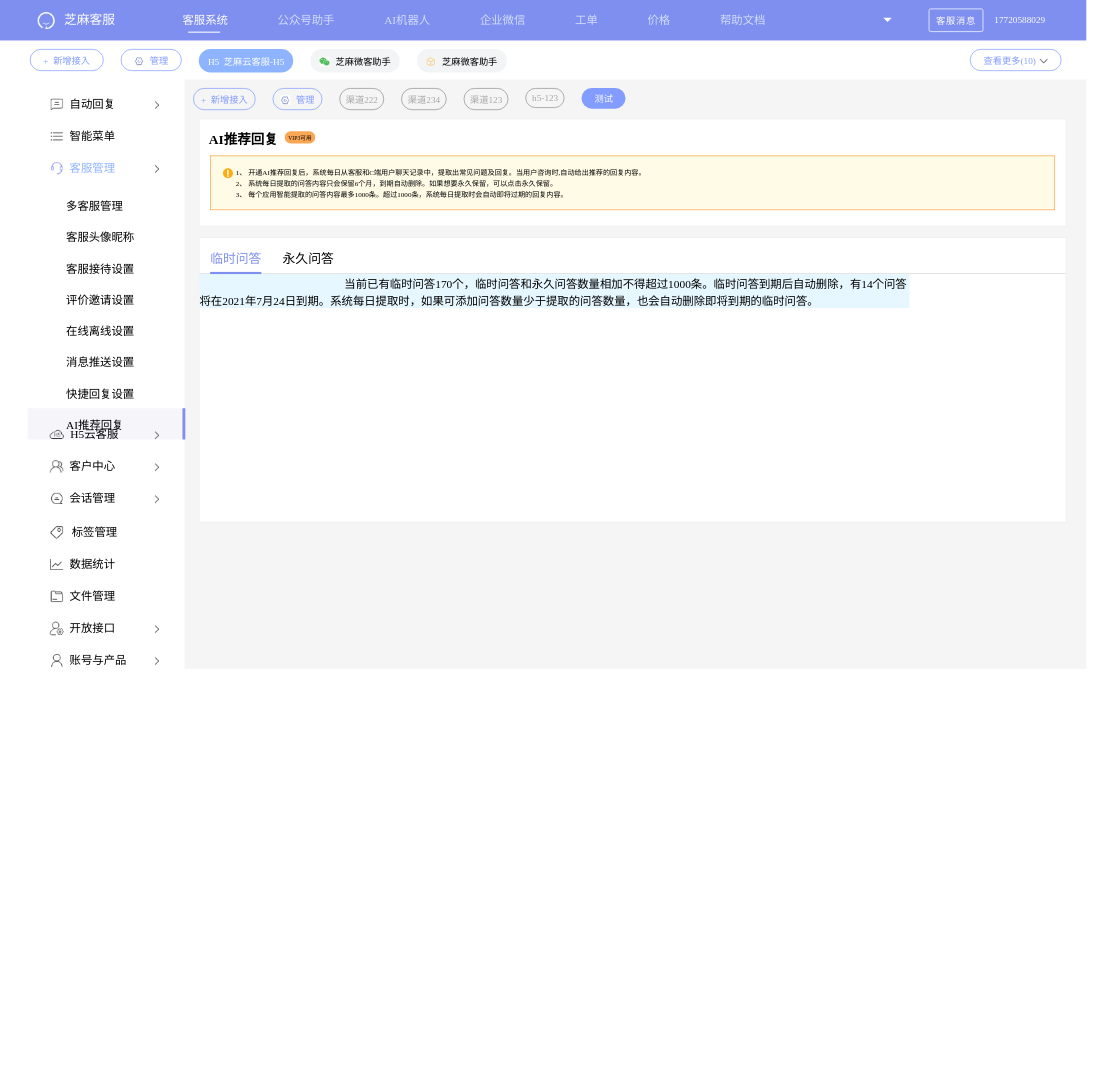
Repository: Privatexiao/projects
Page: Customer service assistant/Untitled-1.html
These files come from the project's save history. The page is drawn as it stood at one moment and after the next save; the edit follows.
The browser window is 1280 px wide. The page is 1560 px wide, so the pictures cover 1560 px, including what lies to the right of the window. The pictures show the whole page, at 71% of full size.

Above is the page before, as saved 2021-07-27 17:01:44.

### Customer service assistant/Untitled-1.html
<!DOCTYPE html>
<html lang="en">
    <head>
        <meta charset="UTF-8">
        <meta name="viewport" content="width=device-width, initial-scale=1.0, maximum-scale=1.0, user-scalable=0">
        <meta http-equiv="X-UA-Compatible" content="ie=edge">
        <title>Document</title>
        <link rel="stylesheet" type="text/css" href="Untitled-2.css" />
    </head>

    <body>
        <div class="body">
            <div class="head">
                <div class="head_left">
                    <img src="img/客服系统.png">
                    <span><a href="javaScript:">芝麻客服</a></span>
                </div>
                <div class="head_center">
                    <ul>
                        <li class="active"><a href="javaScript:">客服系统</a><img src="img/下划线.png"></li>
                        <li><a href="javaScript:">公众号助手</a></li>
                        <li><a href="javaScript:">AI机器人</a></li>
                        <li><a href="javaScript:">企业微信</a></li>
                        <li><a href="javaScript:">工单</a></li>
                        <li><a href="javaScript:">价格</a></li>
                        <li><a href="javaScript:">帮助文档</a></li>
                    </ul>
                </div>
                <div class="head_right">
                    <span>17720588029<div class="head_right_sjx"></div></span>
                    <span><a href="javaScript:">客服消息</a></span>
                </div>
            </div>
            <div class="navbar">
                <ul>
                    <li class="navbar_img1"><a href="javaStript:">+&nbsp;&nbsp;新增接入</a></li>
                    <li class="navbar_img1"><a href="javaStript:"><img src="img/设置.PNG">管理</a></li>
                    <li class="navbar_img2"><a href="javaStript:">H5&nbsp;&nbsp;芝麻云客服-H5</a></li>
                    <li class="navbar_img3"><a href="javaStript:"><img src="img/微信.PNG">芝麻微客助手</a></li>
                    <li class="navbar_img3"><a href="javaStript:"><img src="img/plugin_app_icon.png">芝麻微客助手</a></li>
                    <li class="navbar_right"><a href="javaStript:">查看更多(10)<img src="img/侧边栏图标/Pull down.png"></a></li>
                </ul>
            </div>
            <div class="left_body">
                <ul>
                    <li><img class="left_body_imgleft" src="img/侧边栏图标/icon-1.png">自动回复<img class="left_body_imgright" src="img/侧边栏图标/Put It away.png"></li>
                    <li><img class="left_body_imgleft" src="img/侧边栏图标/icon-2.png">智能菜单</li>
                    <li style="color: #8eb4ff;"><img class="left_body_imgleft" src="img/侧边栏图标/icon-3-active.png">客服管理<img class="left_body_imgright" src="img/侧边栏图标/Put It away.png"></li>
                    <div class="left_body_show">
                        <ul>
                            <li>多客服管理</li>
                            <li>客服头像昵称</li>
                            <li>客服接待设置</li>
                            <li>评价邀请设置</li>
                            <li>在线离线设置</li>
                            <li>消息推送设置</li>
                            <li>快捷回复设置</li>
                            <li style=" background-color: #f6f5fa;
                            border-right: 4px solid#7f8fef;">AI推荐回复</li>
                        </ul>
                    </div>
                    <li><img class="left_body_imgleft" src="img/侧边栏图标/icon-4.png">H5云客服<img class="left_body_imgright" src="img/侧边栏图标/Put It away.png"></li>
                    <li><img class="left_body_imgleft" src="img/侧边栏图标/icon-5.png">客户中心<img class="left_body_imgright" src="img/侧边栏图标/Put It away.png"></li>
                    <li><img class="left_body_imgleft" src="img/侧边栏图标/icon-12.png">会话管理<img class="left_body_imgright" src="img/侧边栏图标/Put It away.png"></li>
                    <li><img class="left_body_imgleft" src="img/侧边栏图标/icon-6.png">标签管理</li>
                    <li><img class="left_body_imgleft" src="img/侧边栏图标/icon-7.png">数据统计</li>
                    <li><img class="left_body_imgleft" src="img/侧边栏图标/icon-8.png">文件管理</li>
                    <li><img class="left_body_imgleft" src="img/侧边栏图标/icon-9.png">开放接口<img class="left_body_imgright" src="img/侧边栏图标/Put It away.png"></li>
                    <li><img class="left_body_imgleft" src="img/侧边栏图标/icon-10.png">账号与产品<img class="left_body_imgright" src="img/侧边栏图标/Put It away.png"></li>

                </ul>
            </div>
            <div class="right_body">
                <div class="right_body_ztl">
                    <ul>
                        <li class="right_body_ztlimg"><a href="javaStript:">+&nbsp;&nbsp;新增接入</a></li>
                        <li class="right_body_ztlimg"><a href="javaStript:"><img src="img/设置.PNG">管理</a></li>
                        <li class="right_body_ztlimg1"><a href="javaStript:">渠道222</a></li>
                        <li class="right_body_ztlimg1"><a href="javaStript:">渠道234</a></li>
                        <li class="right_body_ztlimg1"><a href="javaStript:">渠道123</a></li>
                        <li class="right_body_ztlimg1"><a href="javaStript:">h5-123</a></li>
                        <li class="right_body_ztlimg2"><a href="javaStript:">测试</a></li>
                    </ul>
                </div>
                <div class="right_body_AI">
                    <div class="right_body_AIbt">
                        <p>AI推荐回复</p><span>VIP3可用</span>
                    </div>
                    <div class="right_body_AInr">
                        <img src="img/提示感叹号.png">
                        <p>1、 开通AI推荐回复后，系统每日从客服和C端用户聊天记录中，提取出常见问题及回复。当用户咨询时,自动给出推荐的回复内容。</p>
                        <p>2、 系统每日提取的问答内容只会保留6个月，到期自动删除。如果想要永久保留，可以点击永久保留。</p>
                        <p>3、 每个应用智能提取的问答内容最多1000条。超过1000条，系统每日提取时会自动即将过期的回复内容。</p>
                    </div>
                </div>

                <div class="right_body_body">
                    <div class="temporary">
                        <p><a href="javaStript:">临时问答</a></p><span><a href="javaSctipt:">永久问答</a></span>
                    </div>
                    <div class="temporary_warning">
                        <p>当前已有临时问答<span>170</span>个，临时问答和永久问答数量相加不得超过1000条。临时问答到期后自动删除，有<em>14</em>个问答将在<em>2021年7月24日</em>到期。系统每日提取时，如果可添加问答数量少于提取的问答数量，也会自动删除即将到期的临时问答。
                        </p>
                    </div>
                    <!-- <div class="btn">
                        <input type="text" name="" placeholder="请输入问答内容进行搜索">
                        <input type="datetime" name="" placeholder="请选择到期时间筛选">
                        <button type="button" name="" value="新增">新增</button>
                        <button type="button" name="" value="批量删除">批量删除</button>
                        <button type="button" name="" value="批量设为永久">批量设为永久</button>
                    </div> -->
                </div>
            </div>

        </div>
    </body>

</html>

### Customer service assistant/Untitled-2.css
/* 全局配置 */
a{
    color: rgb(34, 34, 34);
    text-decoration: none;
}
ul,ol{
    list-style: none;
}
em{
    font-style: normal;
}
*{
    margin: 0;
    padding: 0;
}
.body{
    min-width: 1530px;
    width: 1530px;
    height: 1500px;
}

/* 状态栏 */
.body .head{
    width: 100%;
    height: 57px;
    background-color: #7f8fef;
}
/* 芝麻客服 */
.head .head_left a{
    margin-right: 60px;
    line-height: 57px;
    font-size: 18px;
    float: left;
    color: white;
}
/* 芝麻客服图片 */
.head .head_left img{
    position: relative;
    top: 14px;
    left: -10px;
    float: left;
    margin-left:60px;

}
/* 客服系统 */
.head .head_center .active a{
    color: white;
}
/* 客服系统下划线 */
.head .head_center .active img{
    position: absolute;
    width: 45px;
    top: 22px;
    left: 265px;
}
/* 客服系统状态栏 */
.head .head_center a{
    color: #d2dcfa;
    font-size: 16px;
    float: left;
    line-height: 57px;
    margin: 0 35px;
}
.head .head_right{
    margin-right: 50px;
}

/* 账号数字 */
.head .head_right span,a{
    font-size: 15px;
    float: right;
    font-size: 13px;
    line-height: 57px;
    color: white;
    margin-right: 8px;
}

/* 客服消息 */
.head .head_right span a{
    letter-spacing: 1px;
    line-height: normal;
    font-size: 13px;
    margin-top: 12px;
    padding: 6px 9px;
    border-radius: 3px;
    border: 1px solid white;
}
/* 账号右边三角形 */
.head .head_right span .head_right_sjx{
    position:absolute;
    top: 25px;
    right: 24px;
    border: 6px solid transparent;
    border-bottom: none;
    border-top-color: rgb(255, 255, 255);
}
.head a:hover{
    color: white;
}

/* 二级状态栏 */
.navbar{
    height: 55px;
    width: 100%;
    float: left;
    margin-left: 30px;
}

.navbar ul a{
    line-height: normal;
    color: black;
    float: left;
    margin: 12px;
    border-radius: 30px;
}
.navbar ul .navbar_img1 a{
    padding: 5px 18px;
    color: #829cff;
    border: 1px solid #829cff;
}
.navbar ul .navbar_img2 a{
    padding: 7px 13px;
    background-color: #8eb4ff;
    color: white;
}
.navbar ul .navbar_img3 a{
    padding: 7px 13px;
    color: black;
    background-color: #f2f4f5;
}
.navbar ul .navbar_img1 img,.navbar_img3 img{
    width: 14px;
    height: 14px;
    position: relative;
    top: 3px;
    margin-right: 8px;
}
.navbar ul .navbar_right a{
    margin-right: 65px;
    float: right;
    padding: 5px 18px;
    color: #829cff;
    border: 1px solid #829cff;
}
.navbar ul .navbar_right img{
    margin-left: 5px;
}


/* 左边竖目录 */
.left_body{
    float: left;
    width: 175px;
    height: 1080px;
    background-color: #ffffff;
    position: relative;
}
.left_body ul li{
    margin: 20px 0;
    text-align: left;
    position: relative;
    left: 70px;
}
.left_body ul li .left_body_imgleft{
    position: relative;
    top: 5px;
    margin-right: 8px;
}
.left_body ul li .left_body_imgright{
    position: absolute;
    right: 20px;
    margin-top: 10px;
}
.left_body ul li:hover{
    color: #7f8fef;
    cursor: pointer;
}

.left_body .left_body_show{
    height: 310px;
}
.left_body .left_body_show li{
    margin: 0;
    padding: 10px 54px;
    position: relative;
    left: 39px;
    width: 110px;
}

.left_body .left_body_show li:hover{
    background-color: #f6f5fa;
    border-right: 4px solid#7f8fef;
}


/* 右边主体第一个标题栏 */
.body .right_body{
    height: 830px;
    width: 1270px;
    float: left;
    margin-left: 85px;
    background-color: #f5f5f5;
}
.right_body .right_body_ztl ul a{
    line-height: normal;
    color: black;
    float: left;
    margin: 12px;
    border-radius: 30px;
}
.right_body .right_body_ztl ul .right_body_ztlimg a{
    padding: 5px 10px;
    color: #829cff;
    border: 1px solid #829cff;
}
.right_body .right_body_ztl ul .right_body_ztlimg1 a{
    padding: 5px 8px;
    color: #a7a7a7;
    border: 1px solid #8f8f8f;
}
.right_body .right_body_ztl ul .right_body_ztlimg2 a{
    padding: 5px 18px;
    color: #ffffff;
    background-color: #829cff;
}
.right_body .right_body_ztl ul .right_body_ztlimg img{
    width: 14px;
    height: 14px;
    position: relative;
    top: 3px;
    margin-right: 8px;
}

/* AI推荐回复 */
.right_body .right_body_AI{
    height: 150px;
    width: 1220px;
    float: left;
    margin-left: 20px;
    background-color: #ffffff;
    position: relative;
    border: 1px solid#ebebeb;
}
.right_body .right_body_AI .right_body_AIbt{
    width: 200px;
    height: 50px;
    position: relative;
}
.right_body .right_body_AI .right_body_AIbt>p{
    font-weight: bold;
    color: black;
    float: left;
    font-size: 19px;
    padding: 5px;
    margin: 8px;
}
.right_body .right_body_AI .right_body_AIbt span{
    border-radius: 30px;
    background-color: #f9a755;
    padding: 3px 5px;
    float: left;
    font-size: 8px;
    position:absolute;
    top: 17px;
    left: 120px;
}
.right_body .right_body_AI .right_body_AInr img{
    position: absolute;
    top: 66px;
    left: 30px;
}
.right_body .right_body_AI .right_body_AInr{
    padding: 15px 35px;
    margin: 1px 15px;
    font-size: 10px;
    background-color: #fffbe6;
    border: 1px solid #f9a755;
}


/* 临时问答 */
.right_body_body{
    height: 400px;
    width: 1220px;
    float: left;
    margin-top: 15px;
    margin-left: 20px;
    background-color: #ffffff;
    border: 1px solid#ebebeb;
}
.right_body_body .temporary{
    height: 50px;
    border-bottom: 1px solid#d8d8d8;
}
.right_body_body .temporary a{
    float: left;
    color: black;
    font-size: 18px;
    margin: 15px;
    line-height: normal;
}
/* 控制临时问答的颜色 */
.right_body_body .temporary p> a{
    color: #7f8fef;
    height: 33px;
    border-bottom: 3px solid #7f8fef;
}
/* 控制临时问答和永久问答的鼠标切换颜色 */
.right_body_body .temporary a:hover{
    color: #7f8fef;
    height: 33px;
    border-bottom: 3px solid #7f8fef;
}

.right_body_body .temporary_warning{
    background-color: #e6f7ff;
    width: 1000px;
    height: ;
}

After the next save:
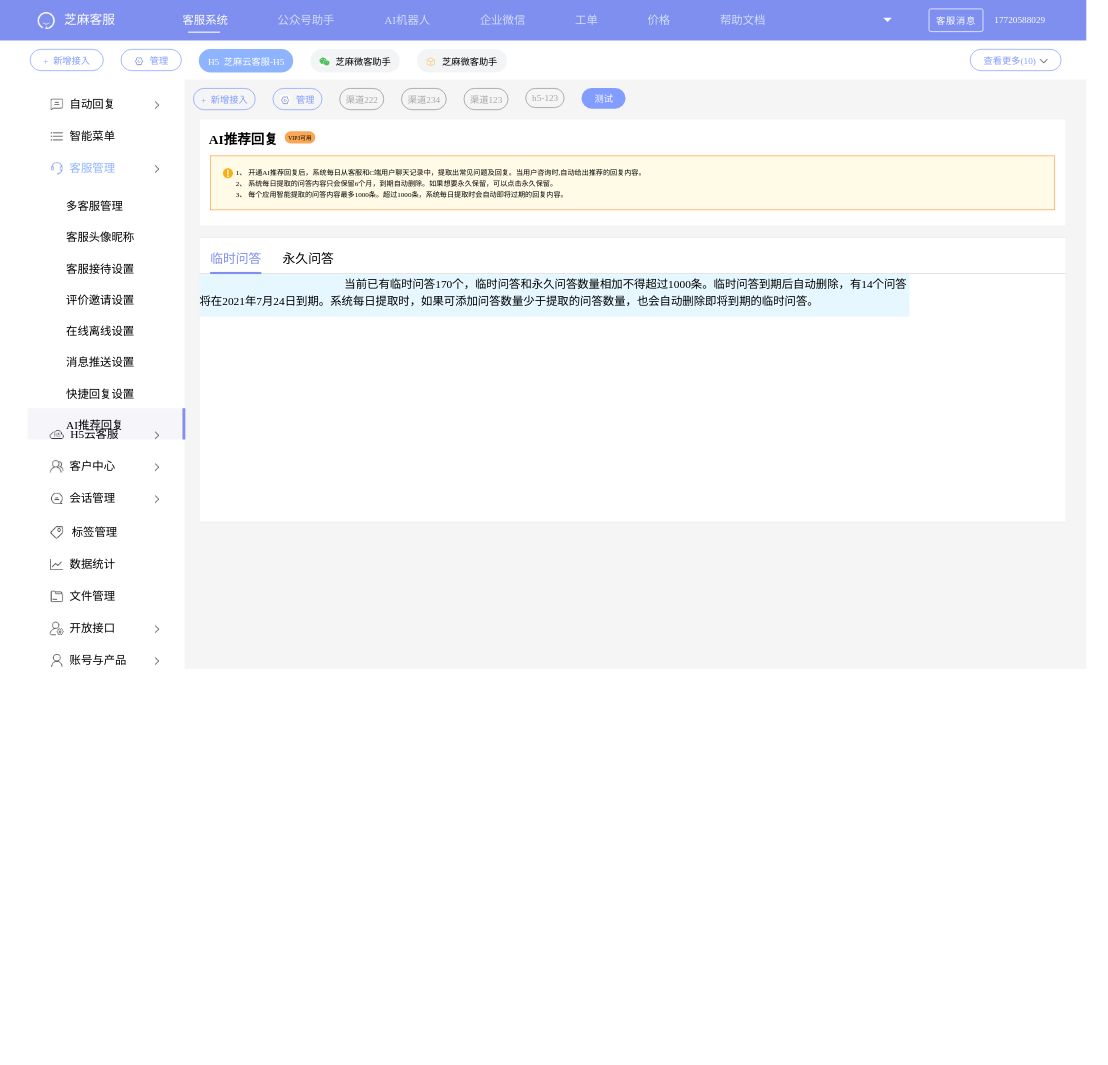
Saved 6 s later.
--- a/Customer service assistant/Untitled-2.css
+++ b/Customer service assistant/Untitled-2.css
@@ -315,5 +315,5 @@ em{
 .right_body_body .temporary_warning{
     background-color: #e6f7ff;
     width: 1000px;
-    height: ;
-}
+    height: 60px;
+}
